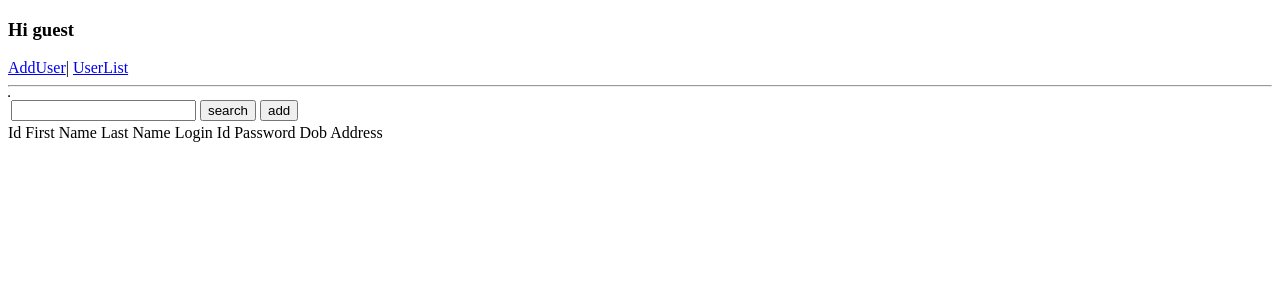
Repository: rish1208/Advance_java
Page: http://localhost/Use-case/UserListCtl
The author's editor kept a copy of each file at every save. The page is drawn from the files as they stood at one save, then again after the next save.
The browser window is 1280 px wide. The pictures show the whole page.
The page is served by Tomcat 9. Queries for data that is not in the repository find no rows.

Above is the page before, as saved 2024-04-07 10:41:13.

After the next save:
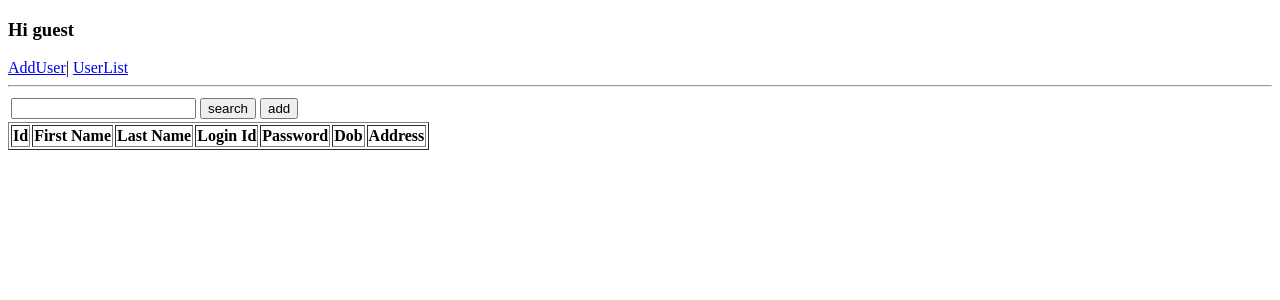
Saved 36 s later.
--- a/Advance java Workspace/Use-case/WebContent/UserListView.jsp
+++ b/Advance java Workspace/Use-case/WebContent/UserListView.jsp
@@ -19,14 +19,15 @@
 
 	<%@include file="Header.jsp"%>
 	<form action="UserListCtl" method="post">
-		<table border="1%">
-		<table>
+	<table>
 			<tr>
 				<td><input type="text" name="firstName"></td>
 				<td><input type="submit" name="operation" value="search"></td>
 				<td><input type="submit" name="operation" value="add"></td>
 			</tr>
 		</table>
+		<table border="1%">
+
 			<tr>
 			     <th>Id</th>
 				<th>First Name</th>
